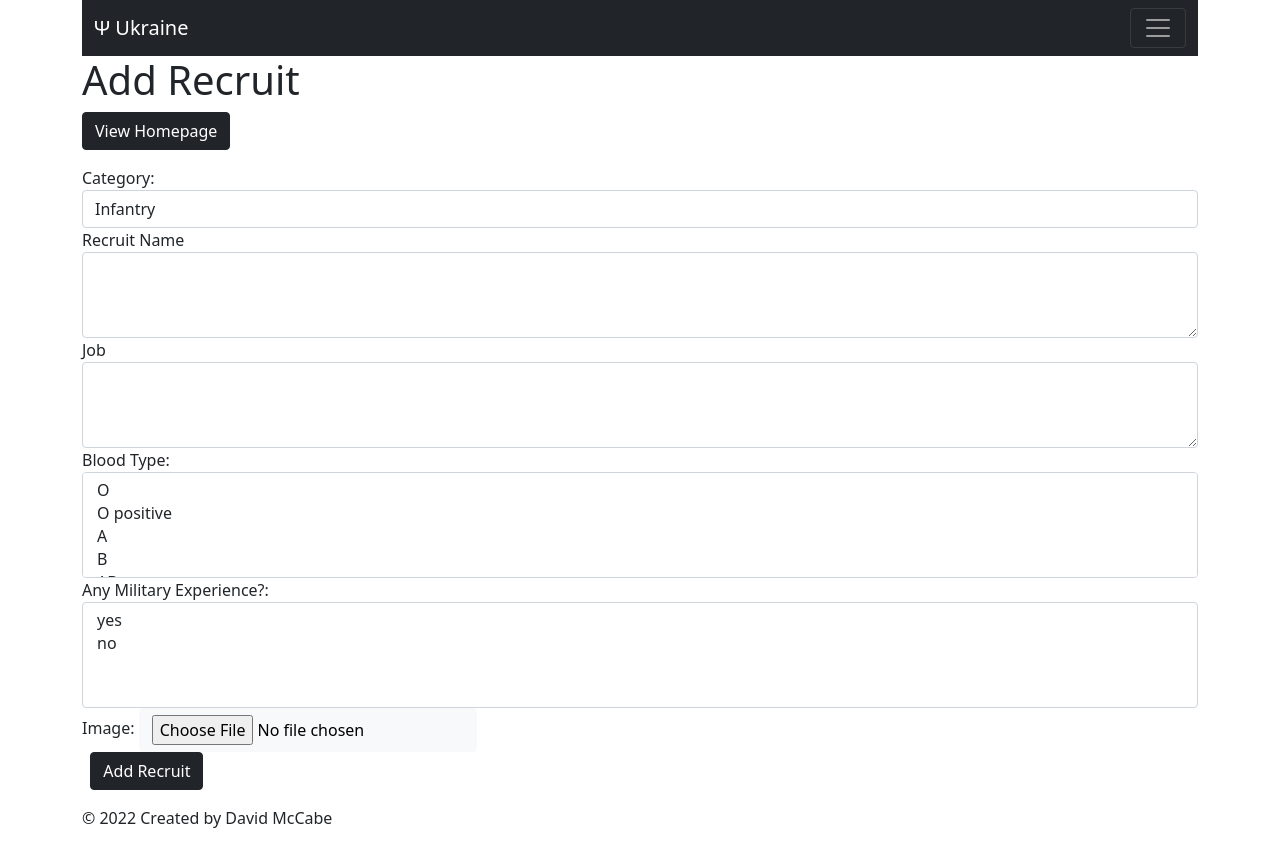
Repository: davidDKIT/ca2-davidmccabe-php
Page: http://localhost/add_record_form.php
These files come from the project's save history. The page is drawn as it stood at one moment and after the next save; the edit follows.
The browser window is 1280 px wide. The pictures show the whole page.
The page is run by PHP 8.4 with error messages shown; the project is at /var/www/html/. The database holds what the project's SQL file puts in it.

Above is the page before, as saved 2022-03-16 13:53:09.

After the next save:
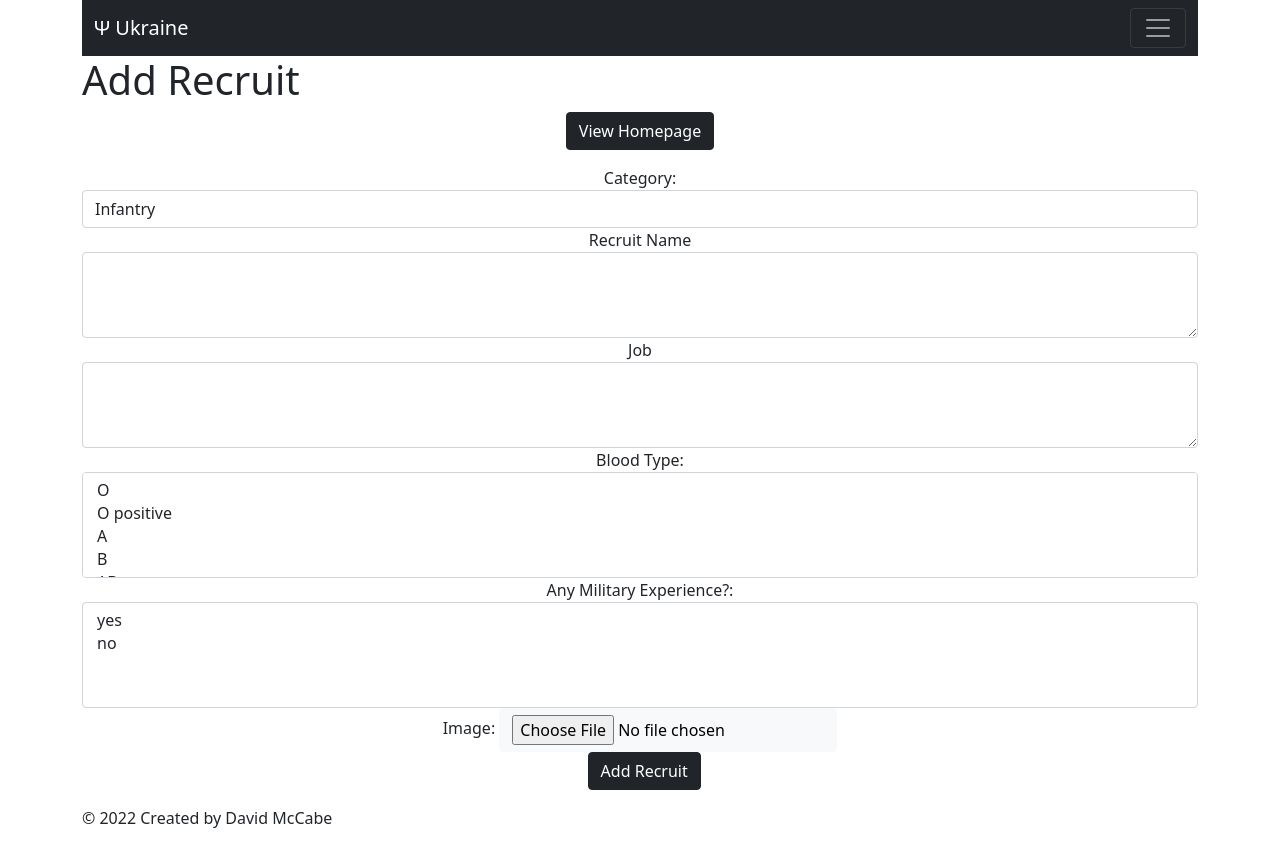
Saved 84 s later.
--- a/add_record_form.php
+++ b/add_record_form.php
@@ -15,7 +15,7 @@ $statement->closeCursor();
   ?>
   <h1>Add Recruit</h1>
 
-  <form action="add_record.php" style= "text-center" method="post" enctype="multipart/form-data" id="add_record_form">
+  <form action="add_record.php" class="text-center method="post" enctype="multipart/form-data" id="add_record_form">
   <p><a class="btn btn-dark" href="index.php">View Homepage</a></p>
     <div class="form-group">
       <label for="exampleFormControlInput1">Category:</label>
